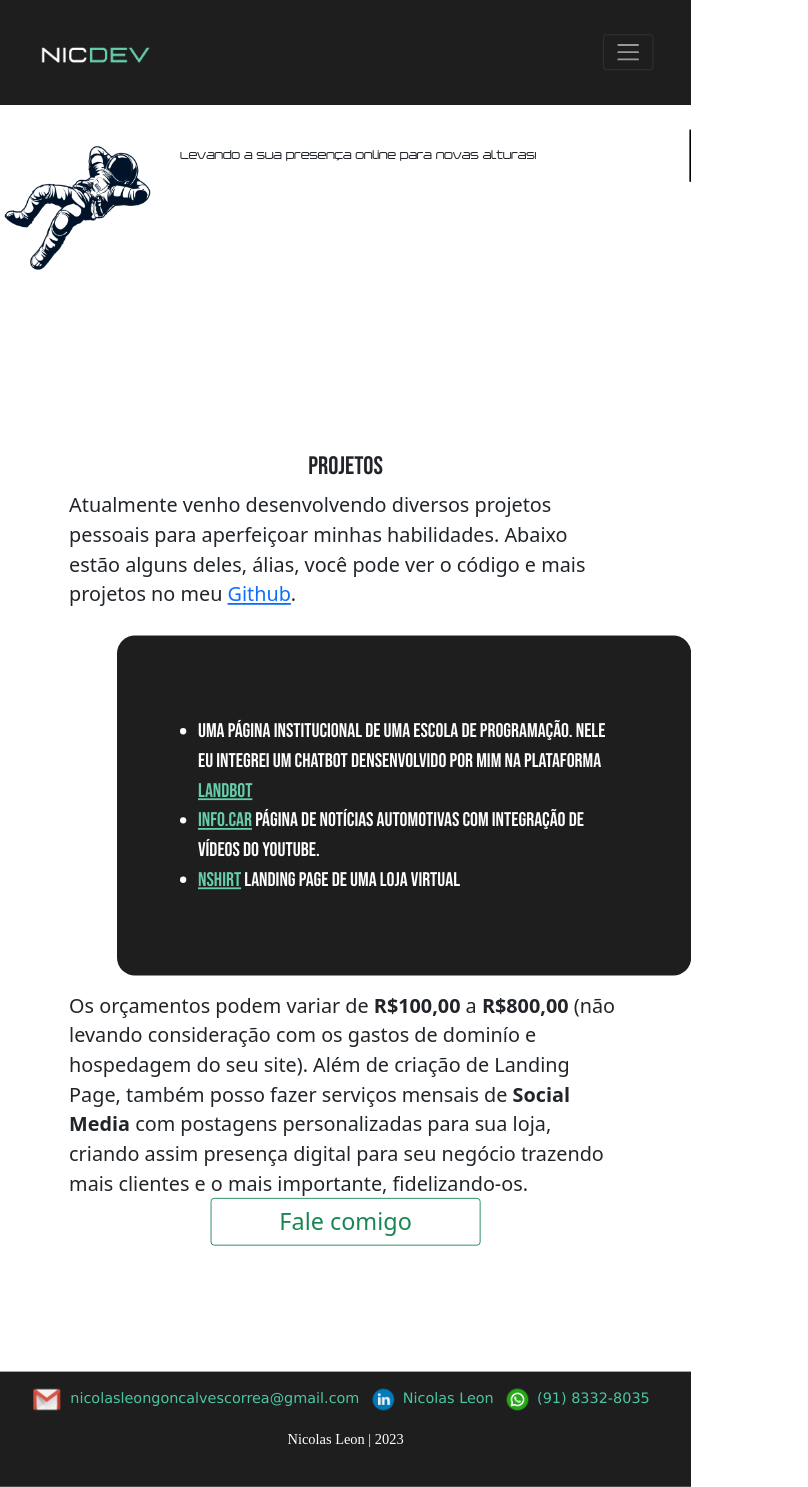
Repository: Leonngc/nicdev
Page: projects.html
These files come from the project's save history. The page is drawn as it stood at one moment and after a run of saves; the edit follows.
The browser window is 768 px wide. The page is 768 px wide, then 898 px, then 768 px, so the pictures cover 898 px, including what lies to the right of the window. The pictures show the whole page, at 90% of full size.
Some web libraries are served in a nearby version.

Above is the page before, as saved 2023-04-15 20:28:38.

### projects.html
<!DOCTYPE html>
<html lang="pt-br">
  <head>
    <meta charset="UTF-8" />
    <meta http-equiv="X-UA-Compatible" content="IE=edge" />
    <meta name="viewport" content="width=device-width, initial-scale=1.0" />
    <title>nicdev - Projetos</title>
    <link
      href="https://cdn.jsdelivr.net/npm/bootstrap@5.0.2/dist/css/bootstrap.min.css"
      rel="stylesheet"
      integrity="sha384-EVSTQN3/azprG1Anm3QDgpJLIm9Nao0Yz1ztcQTwFspd3yD65VohhpuuCOmLASjC"
      crossorigin="anonymous"
    />

    <link rel="stylesheet" href="styles/scrollbar.css" />
    <link rel="stylesheet" href="styles/footer.css" />
    <link rel="stylesheet" href="styles/projects.css"/>
    ">
  </head>
  <body>
    <header style="background-color: #1e1e1e; padding: 30px" class="fixed-top">
      <nav class="navbar navbar-expand-lg navbar-dark">
        <div class="container-fluid">
          <a class="navbar-brand" href="index.html"
            ><img
              src="images/nicdev-logo.png"
              alt="logo da NicDev"
              style="width: 130px"
          /></a>
          <button
            class="navbar-toggler"
            type="button"
            data-bs-toggle="collapse"
            data-bs-target="#navbarNavDropdown"
            aria-controls="navbarNavDropdown"
            aria-expanded="false"
            aria-label="Toggle navigation"
          >
            <span class="navbar-toggler-icon"></span>
          </button>
          <div
            class="collapse navbar-collapse justify-content-end"
            id="navbarNavDropdown"
          >
            <ul class="navbar-nav">
              <li class="nav-item">
                <a class="nav-link" href="index.html" target="_parent">Home</a>
              </li>
              <li class="nav-item">
                <a class="nav-link" href="about.html" target="_parent">Sobre</a>
              </li>
              <li class="nav-item">
                <a class="nav-link active disabled" href="#">Projetos</a>
              </li>
              <li class="nav-item dropdown">
                <a
                  class="nav-link dropdown-toggle"
                  href="#"
                  id="navbarDropdownMenuLink"
                  role="button"
                  data-bs-toggle="dropdown"
                  aria-expanded="false"
                >
                  Contatos
                </a>
                <ul
                  class="dropdown-menu"
                  aria-labelledby="navbarDropdownMenuLink"
                >
                  <li>
                    <a class="dropdown-item" href="#"
                      >WhatsApp
                      <img src="images/whatsapp.png" alt="" class="redes-logo"
                    /></a>
                  </li>
                  <li>
                    <a class="dropdown-item" href="#"
                      >Email
                      <img src="images/gmail (1).png" alt="" class="redes-logo"
                    /></a>
                  </li>
                  <li>
                    <a class="dropdown-item" href="#"
                      >Linkedin
                      <img src="images/linkedin.png" alt="" class="redes-logo"
                    /></a>
                  </li>
                </ul>
              </li>
            </ul>
          </div>
        </div>
      </nav>
    </header>

  <div class="slogan-container">
    <img src="images/astronauta.png" alt="" class="astronauta"> <p class="slogan">Levando a sua presença online para novas alturas!</p>
  </div>
    <main>
      <h2>Projetos</h2>

      <p>Atualmente venho desenvolvendo diversos projetos pessoais para aperfeiçoar minhas habilidades. Abaixo estão alguns deles, álias, você pode ver o código  e mais projetos no meu <a href="">Github</a>.</p>

      <ul>
        <li><a href="Dev College"></a> Uma página institucional de uma escola de programação. Nele eu integrei um chatbot  densenvolvido por mim na plataforma <a href="">Landbot</a>
        </li>
        <li>
          <a href="">Info.Car</a> página de notícias automotivas com integração de vídeos do Youtube.
        </li>

        <li>
          <a href="">Nshirt</a> Landing Page de uma loja virtual
        </li>

      </ul>

      <p>Os orçamentos podem variar de <strong>R$100,00</strong> a <strong>R$800,00</strong> (não levando consideração com os gastos de dominío e hospedagem do seu site). Além de criação de Landing Page, também posso fazer serviços mensais de <strong>Social Media</strong> com postagens personalizadas para sua loja, criando assim presença digital para seu negócio trazendo mais clientes e o mais importante, fidelizando-os.</p>
      <a href=""><button type="button" class="btn btn-outline-success" style="width: 300px; font-size: 26px; margin-bottom: 40px;">Fale comigo</button></a>
    </main>

    <footer>
      <p><img src="images/gmail.png" alt=""><a href="">nicolasleongoncalvescorrea@gmail.com</a> <img src="images/linkedin.png" alt=""><a href="">Nicolas Leon</a> <img src="images/whatsapp.png" alt=""><a href="">(91) 8332-8035</a></p>
      <p class="rights">Nicolas Leon | 2023</p>
    </footer>
    <script
      src="https://cdn.jsdelivr.net/npm/bootstrap@5.0.2/dist/js/bootstrap.bundle.min.js"
      integrity="sha384-MrcW6ZMFYlzcLA8Nl+NtUVF0sA7MsXsP1UyJoMp4YLEuNSfAP+JcXn/tWtIaxVXM"
      crossorigin="anonymous"
    ></script>
  </body>
</html>

### styles/scrollbar.css
body{
    overflow-x: hidden;
}
body::-webkit-scrollbar {
    width: 6px;               /* width of the entire scrollbar */
  }

  body::-webkit-scrollbar-track {
    background: rgb(5, 5, 5);        /* color of the tracking area */
  }

  body::-webkit-scrollbar-thumb {
    background-color: #4BC6B9;    /* color of the scroll thumb */
    border-radius: 20px;       /* roundness of the scroll thumb */
  }

  .redes-logo{
    width: 30px;
    padding: 6px;
  }

### styles/footer.css
footer{
    background-color: #1e1e1e;;
    text-align: center;
    margin-top: 200px;
    padding: 15px;
    height: 13vh;
}

footer > p  a{
    padding: 10px;
    text-decoration: none;
    color: white;
    font-family: 'Lucida Sans', 'Lucida Sans Regular', 'Lucida Grande', 'Lucida Sans Unicode', Geneva, Verdana, sans-serif;
}

footer > p > a:hover{
    color: #66CDAA;
    transition: 1s;
}

.rights{
    color: white;
    font-family: 'Times New Roman', Times, serif;
}
 @media screen and (max-width:900px) {
    footer{
        margin-top: 100px;
        height: 16vh;

    }
    footer > p > a{
        color: #4bc6a3;
    }
 }

### styles/projects.css
@import url('https://fonts.googleapis.com/css2?family=Bebas+Neue&display=swap'); /* CDN GOOGLE  FONT */
@import url('https://cdn-uicons.flaticon.com/uicons-solid-straight/css/uicons-solid-straight.css'); /* CDN ICON*/
@font-face {
    font-family: Lastica;
    src: url(../fonts/instrg.ttf);
}

@keyframes typewriter {
    from {
      width: 0%;
    }
    to {
      width: 50%;
    }
  }
  @keyframes blink {
    from {
      border-color: black;
    }
    to {
      border-color: transparent;
    }
  }

*{
    max-width: 100vw;
}

:root{
 --bebas-neue : 'Bebas Neue', cursive;
}

body{
    max-width: 100vw;
    overflow-x: hidden;
}

main{
    margin-top: 300px;
    text-align: center;
}

.slogan-container{
  margin-top: 120px;
}


.slogan{
    font-family: Lastica, sans-serif;
    font-weight: bold;
    font-size: 30px;
    overflow: hidden;
    animation: typewriter 2s steps(15) alternate,
      blink 800ms steps(15)  normal;
    border-right: 2px solid black;
}

.astronauta{
    width: 250px;
    float: left;

}

h2{
    font-family: var(--bebas-neue);
    text-align: center;
}

main > p{
    text-align: start;
    margin: auto;
    width: 50vw;
    font-size: 22px;
}

main > ul{
    font-family: var(--bebas-neue);
    font-size: 22px;
    margin-left: 130px;
    margin-top: 30px;
    background-color: #1e1e1e;
    color: white;
    padding: 90px;
    border-radius: 20px;
    text-align: left;
}

li > a{
    color: #66CDAA;
}

li > img{
    width: 600px;
    padding: 50px;
}

@media screen and (max-width:900px){
    .astronauta{
        width: 180px;
    }
    .slogan{
        font-size: 12px;
        padding: 20px;
    }

   main > p{
    width: 80vw;
   }


}

After the next 2 saves:
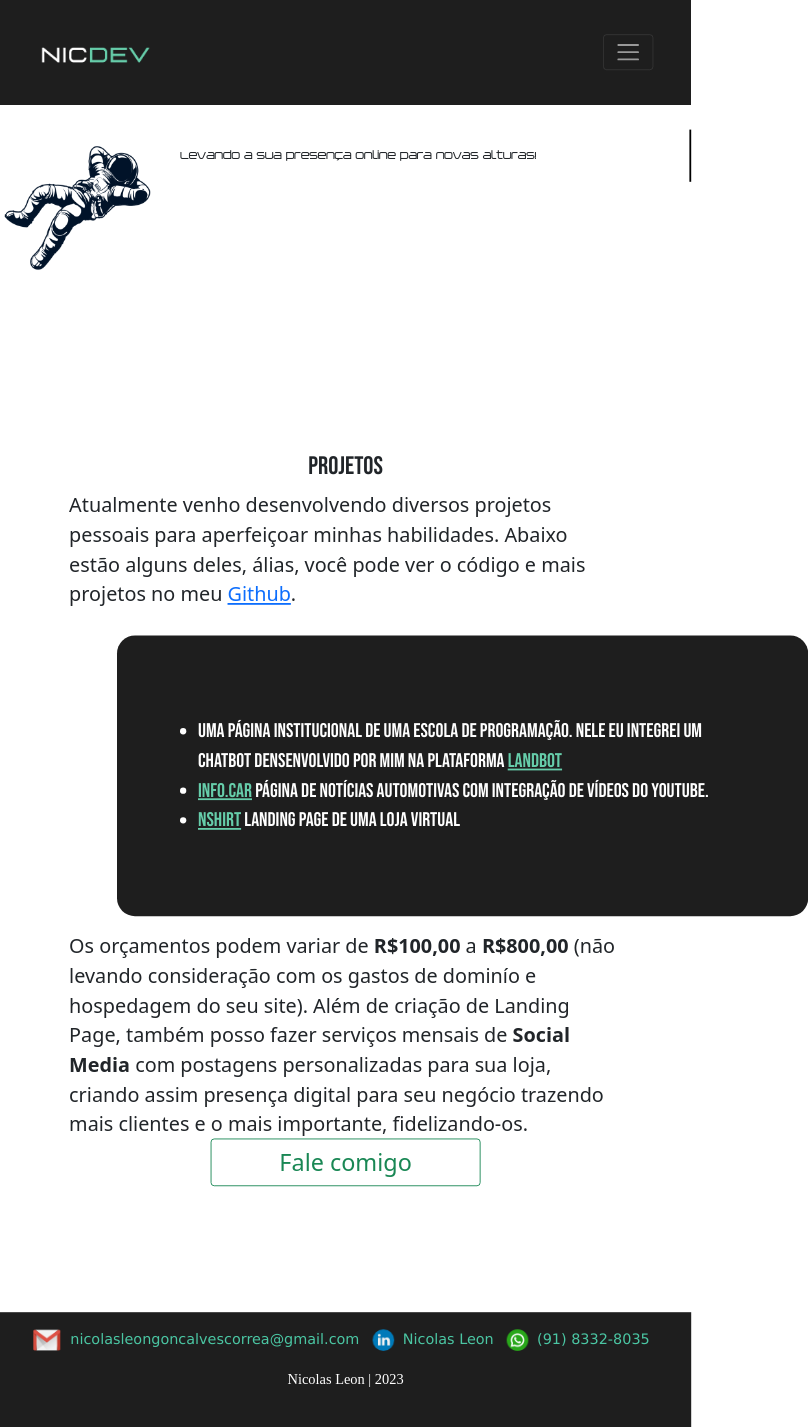
The 2 saves are shown as one change because they came seconds apart.
The last was saved 15 s later.
--- a/styles/projects.css
+++ b/styles/projects.css
@@ -107,5 +107,7 @@ li > img{
     width: 80vw;
    }
 
-
+   main > ul{
+    width: 100vw;
+   }
 }

After the save that followed:
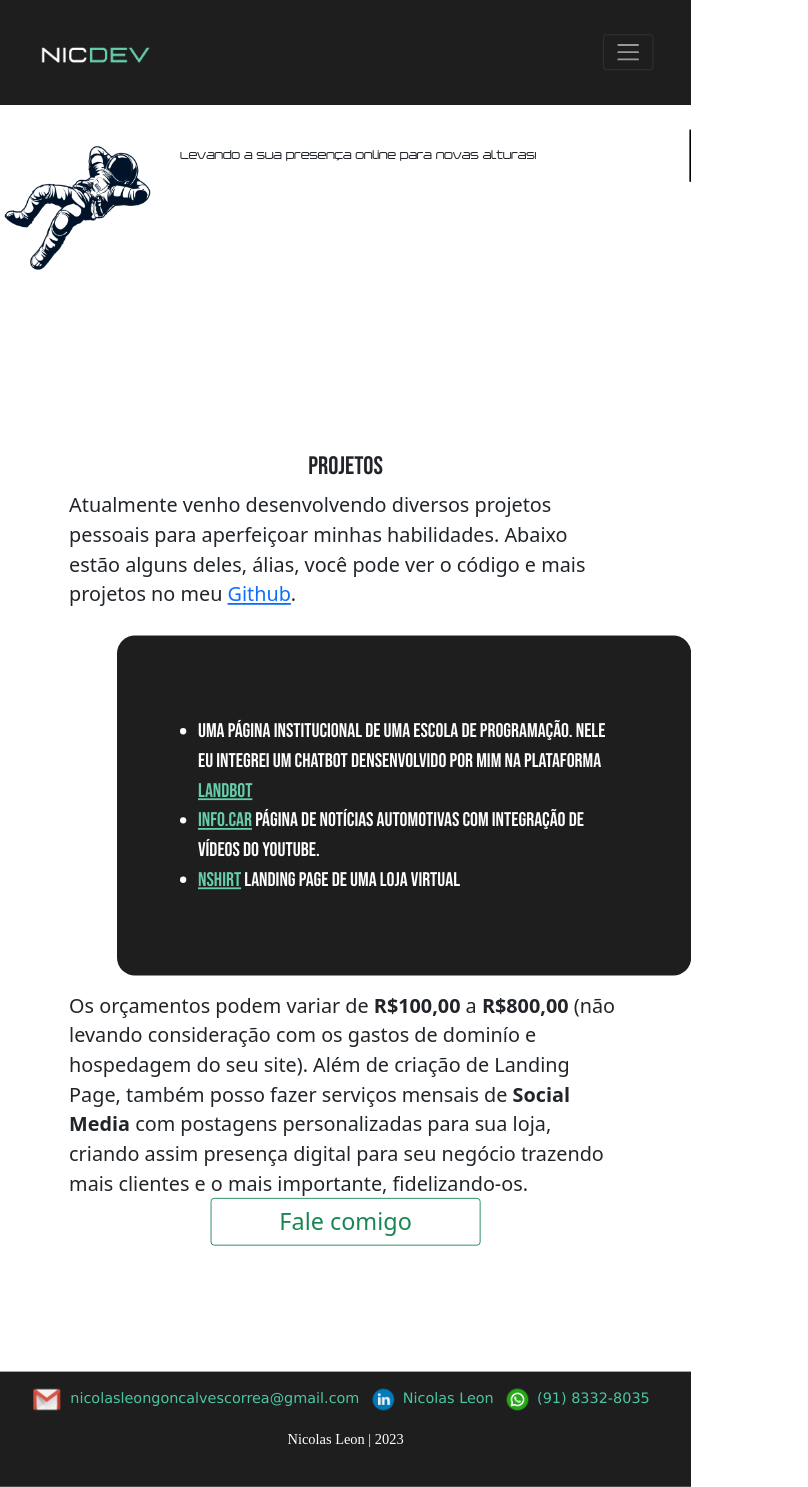
Saved 9 s later.
--- a/styles/projects.css
+++ b/styles/projects.css
@@ -108,6 +108,6 @@ li > img{
    }
 
    main > ul{
-    width: 100vw;
+
    }
 }
